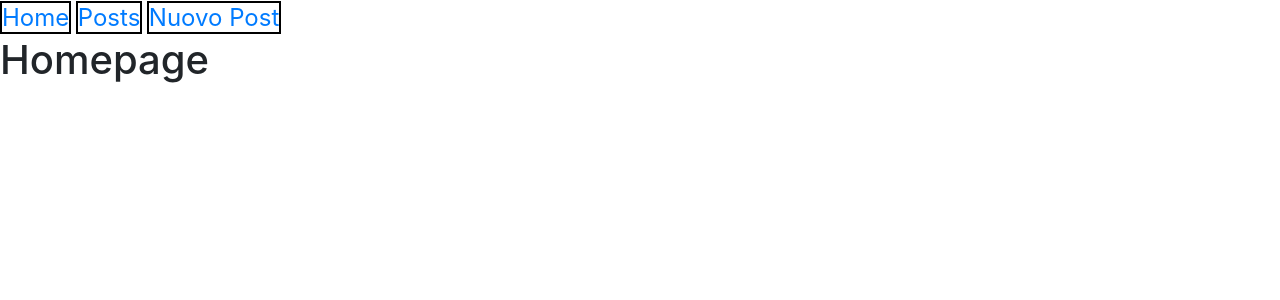
Repository: bruns06/MasterBook
Page: MasterBook-1/src/main/resources/templates/index.html
The author's editor kept a copy of each file at every save. The page is drawn from the files as they stood at one save, then again after the next save.
The browser window is 1280 px wide. The pictures show the whole page.

Above is the page before, as saved 2023-07-29 14:06:46.
Console error: TypeError: Cannot read properties of undefined (reading 'fn')

After the next save:
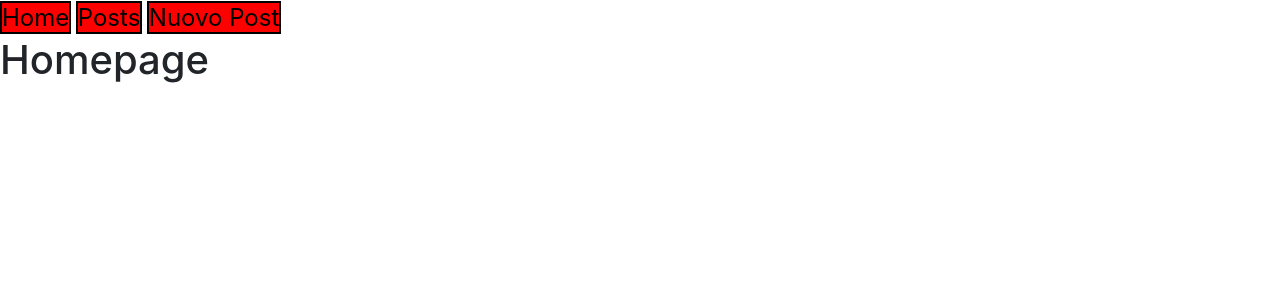
Saved 40 s later.
--- a/MasterBook-1/src/main/resources/static/css/navbar.css
+++ b/MasterBook-1/src/main/resources/static/css/navbar.css
@@ -1,7 +1,12 @@
 @charset "ISO-8859-1";
 
 #navbar span{
-	color: #000000;
 	font-size: 1.5rem;
 	border: 2px solid black;
+	background-color: red;
 }
+
+#navbar a{
+	text-decoration: none;
+	color: black;
+}
